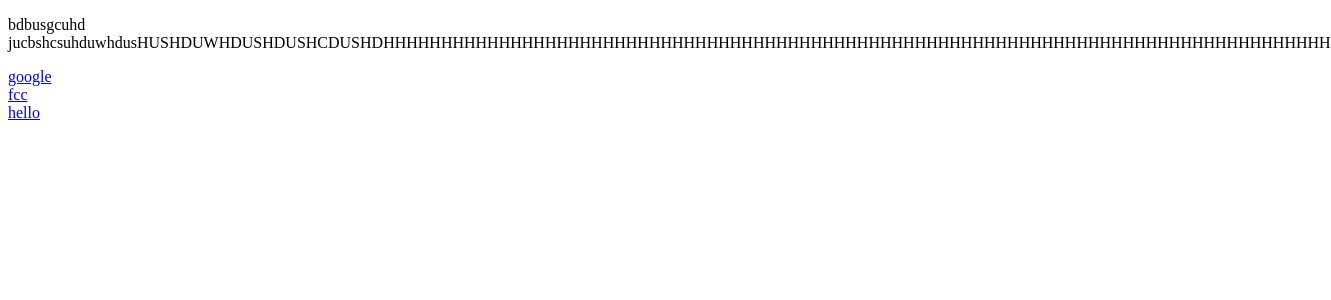
Repository: prakheneur/Blockchain-crowdfunding
Page: index.html
These files come from the project's save history. The page is drawn as it stood at one moment and after the next save; the edit follows.
The browser window is 1280 px wide. The page is 1331 px wide, then 1280 px, so the pictures cover 1331 px, including what lies to the right of the window. The pictures show the whole page.

Above is the page before, as saved 2023-02-28 19:11:36.

### index.html
<!DOCTYPE html>
<html lang="en">
<head>
    <meta charset="UTF-8">
    <meta http-equiv="X-UA-Compatible" content="IE=edge">
    <meta name="viewport" content="width=device-width, initial-scale=1.0">
    <title>Document</title>
</head>
<body>
    <p>bdbusgcuhd
        jucbshcsuhduwhdusHUSHDUWHDUSHDUSHCDUSHDHHHHHHHHHHHHHHHHHHHHHHHHHHHHHHHHHHHHHHHHHHHHHHHHHHHHHHHHHHHHHHHHHHHHHHHHHHHHHHHHHH</p>
        <a href="https://mail.google.com/mail/u/0/?tab=rm&ogbl#inbox/FMfcgzGrcrmdLNxzGSmkZpmSWSptVvKq">google</a> <!--we have added an attribut to anchor tag -->
       <br/>
        <a href="https://www.freecodecamp.org/fcc5f2a499e-0c5a-4062-892c-578df7c6839f">fcc</a>
        <br/>
        <a href="/helloproject/hello.html">hello</a>

</body>
</html>

### index.js
import { ethers } from "./ethers-5.6.esm.min.js"
import { abi, contractAddress } from "./constants.js"

const connectButton = document.getElementById("connectButton")
const withdrawButton = document.getElementById("withdrawButton")
const fundButton = document.getElementById("fundButton")
const balanceButton = document.getElementById("balanceButton")
connectButton.onclick = connect
withdrawButton.onclick = withdraw
fundButton.onclick = fund
balanceButton.onclick = getBalance

async function connect() {
  if (typeof window.ethereum !== "undefined") {
    try {
      await ethereum.request({ method: "eth_requestAccounts" })
    } catch (error) {
      console.log(error)
    }
    connectButton.innerHTML = "Connected"
    const accounts = await ethereum.request({ method: "eth_accounts" })
    console.log(accounts)
  } else {
    connectButton.innerHTML = "Please install MetaMask"
  }
}

async function withdraw() {
  console.log(`Withdrawing...`)
  if (typeof window.ethereum !== "undefined") {
    const provider = new ethers.providers.Web3Provider(window.ethereum)
    await provider.send('eth_requestAccounts', [])
    const signer = provider.getSigner()
    const contract = new ethers.Contract(contractAddress, abi, signer)
    try {
      const transactionResponse = await contract.withdraw()
      await listenForTransactionMine(transactionResponse, provider)
      // await transactionResponse.wait(1)
    } catch (error) {
      console.log(error)
    }
  } else {
    withdrawButton.innerHTML = "Please install MetaMask"
  }
}

async function fund() {
  const ethAmount = document.getElementById("ethAmount").value
  console.log(`Funding with ${ethAmount}...`)
  if (typeof window.ethereum !== "undefined") {
    const provider = new ethers.providers.Web3Provider(window.ethereum)
    const signer = provider.getSigner()
    const contract = new ethers.Contract(contractAddress, abi, signer)
    try {
      const transactionResponse = await contract.fund({
        value: ethers.utils.parseEther(ethAmount),
      })
      await listenForTransactionMine(transactionResponse, provider)
    } catch (error) {
      console.log(error)
    }
  } else {
    fundButton.innerHTML = "Please install MetaMask"
  }
}

async function getBalance() {
  if (typeof window.ethereum !== "undefined") {
    const provider = new ethers.providers.Web3Provider(window.ethereum)
    try {
      const balance = await provider.getBalance(contractAddress)
      console.log(ethers.utils.formatEther(balance))
    } catch (error) {
      console.log(error)
    }
  } else {
    balanceButton.innerHTML = "Please install MetaMask"
  }
}

function listenForTransactionMine(transactionResponse, provider) {
    console.log(`Mining ${transactionResponse.hash}`)
    return new Promise((resolve, reject) => {
        try {
            provider.once(transactionResponse.hash, (transactionReceipt) => {
                console.log(
                    `Completed with ${transactionReceipt.confirmations} confirmations. `
                )
                resolve()
            })
        } catch (error) {
            reject(error)
        }
    })
}

### constants.js
export const contractAddress = "0xe7f1725E7734CE288F8367e1Bb143E90bb3F0512"
export const abi = [
  {
    inputs: [
      {
        internalType: "address",
        name: "priceFeed",
        type: "address",
      },
    ],
    stateMutability: "nonpayable",
    type: "constructor",
  },
  {
    inputs: [],
    name: "MINIMUM_USD",
    outputs: [
      {
        internalType: "uint256",
        name: "",
        type: "uint256",
      },
    ],
    stateMutability: "view",
    type: "function",
  },
  {
    inputs: [],
    name: "cheaperWithdraw",
    outputs: [],
    stateMutability: "payable",
    type: "function",
  },
  {
    inputs: [],
    name: "fund",
    outputs: [],
    stateMutability: "payable",
    type: "function",
  },
  {
    inputs: [
      {
        internalType: "address",
        name: "fundingAddress",
        type: "address",
      },
    ],
    name: "getAddressToAmountFunded",
    outputs: [
      {
        internalType: "uint256",
        name: "",
        type: "uint256",
      },
    ],
    stateMutability: "view",
    type: "function",
  },
  {
    inputs: [
      {
        internalType: "uint256",
        name: "index",
        type: "uint256",
      },
    ],
    name: "getFunder",
    outputs: [
      {
        internalType: "address",
        name: "",
        type: "address",
      },
    ],
    stateMutability: "view",
    type: "function",
  },
  {
    inputs: [],
    name: "getOwner",
    outputs: [
      {
        internalType: "address",
        name: "",
        type: "address",
      },
    ],
    stateMutability: "view",
    type: "function",
  },
  {
    inputs: [],
    name: "getPriceFeed",
    outputs: [
      {
        internalType: "contract AggregatorV3Interface",
        name: "",
        type: "address",
      },
    ],
    stateMutability: "view",
    type: "function",
  },
  {
    inputs: [],
    name: "getVersion",
    outputs: [
      {
        internalType: "uint256",
        name: "",
        type: "uint256",
      },
    ],
    stateMutability: "view",
    type: "function",
  },
  {
    inputs: [],
    name: "withdraw",
    outputs: [],
    stateMutability: "payable",
    type: "function",
  },
]

Loaded but not shown: ethers-5.6.esm.min.js (library)

After the next save:
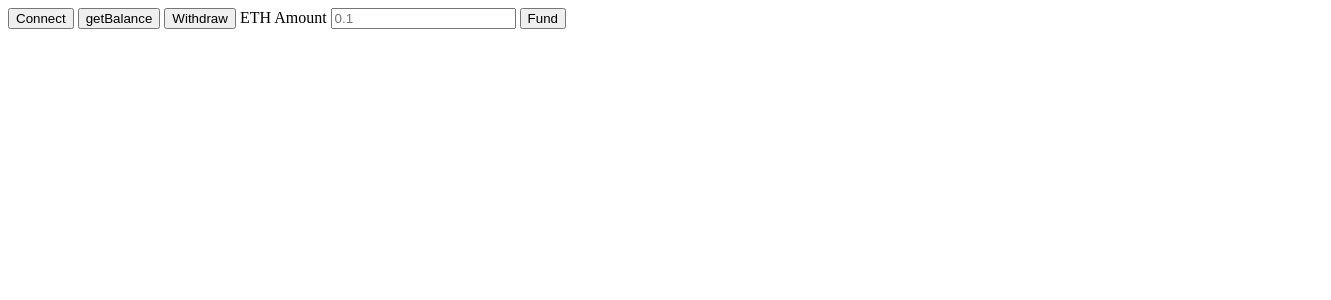
Saved 46 h 31 min later.
--- a/index.html
+++ b/index.html
@@ -1,19 +1,19 @@
 <!DOCTYPE html>
-<html lang="en">
-<head>
-    <meta charset="UTF-8">
-    <meta http-equiv="X-UA-Compatible" content="IE=edge">
-    <meta name="viewport" content="width=device-width, initial-scale=1.0">
-    <title>Document</title>
-</head>
-<body>
-    <p>bdbusgcuhd
-        jucbshcsuhduwhdusHUSHDUWHDUSHDUSHCDUSHDHHHHHHHHHHHHHHHHHHHHHHHHHHHHHHHHHHHHHHHHHHHHHHHHHHHHHHHHHHHHHHHHHHHHHHHHHHHHHHHHHH</p>
-        <a href="https://mail.google.com/mail/u/0/?tab=rm&ogbl#inbox/FMfcgzGrcrmdLNxzGSmkZpmSWSptVvKq">google</a> <!--we have added an attribut to anchor tag -->
-       <br/>
-        <a href="https://www.freecodecamp.org/fcc5f2a499e-0c5a-4062-892c-578df7c6839f">fcc</a>
-        <br/>
-        <a href="/helloproject/hello.html">hello</a>
+<html>
+  <head>
+    <title>Fund Me App</title>
+  </head>
 
-</body>
+  <body>
+    <button id="connectButton">Connect</button>
+    <button id="balanceButton">getBalance</button>
+    <button id="withdrawButton">Withdraw</button>
+    <!-- <form> -->
+    <label for="ethAmount">ETH Amount</label>
+    <input id="ethAmount" placeholder="0.1" type="number"/>
+    <button type="button" id="fundButton" > Fund </button>
+    <!-- </form> -->
+  </body>
+
+  <script src="./index.js" type="module"></script>
 </html>
